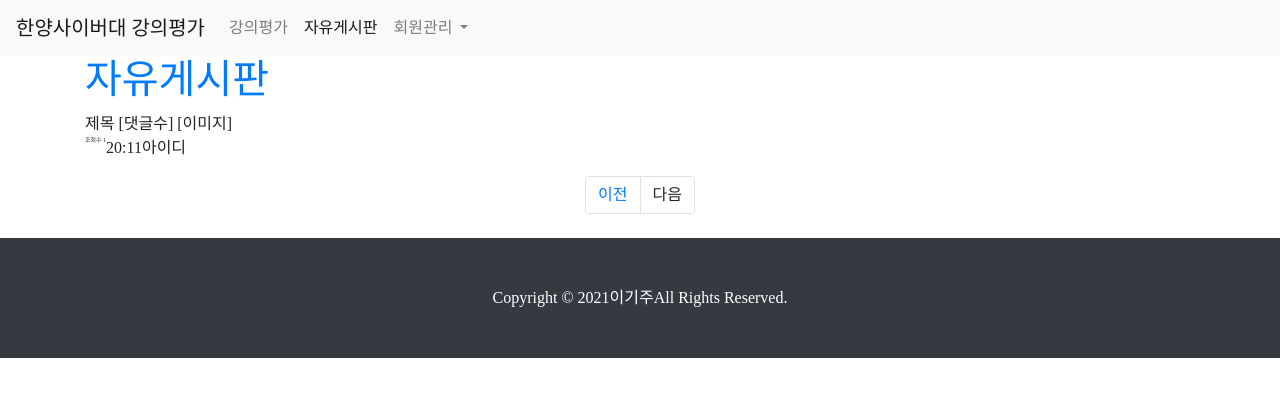
Repository: lkjjjang/hycu
Page: http://localhost/hycujjang/mobile.jsp
The author's editor kept a copy of each file at every save. The page is drawn from the files as they stood at one save, then again after the next save.
The browser window is 1280 px wide. The pictures show the whole page.
Some web fonts or font styles are not loaded; a fallback is used. The page is served by Tomcat 9. Nobody is signed in. The application's start-up code is not run. Other server files are loaded and not shown. The template is opened directly, without the code that normally fills it, so the values that code supplies are empty.

Above is the page before, as saved 2022-01-02 08:40:43.

### hycujjang/WebContent/mobile.jsp
<%@ page language="java" contentType="text/html; charset=UTF-8"
    pageEncoding="UTF-8"%>
<%@ page import="java.util.ArrayList" %>
<%@ page import="java.net.URLEncoder" %>
<%@ page import="java.io.PrintWriter" %>
<%@ taglib prefix="c" uri="http://java.sun.com/jsp/jstl/core"%>
<%@ taglib prefix="fmt" uri="http://java.sun.com/jsp/jstl/fmt"%>

<!DOCTYPE html>
<html>
<head>
	<meta charset="UTF-8">
	<meta name="viewport" content="width=device-width, initial-scale=1, shrink-to-fit=no">
	<title>한양사이버대 강의평가</title>
	<!-- 부트스트랩 CSS 추가하기 -->
	<link rel="stylesheet"
			href="https://stackpath.bootstrapcdn.com/bootstrap/4.4.1/css/bootstrap.min.css"
			integrity="sha384-Vkoo8x4CGsO3+Hhxv8T/Q5PaXtkKtu6ug5TOeNV6gBiFeWPGFN9MuhOf23Q9Ifjh"
			crossorigin="anonymous">
	<!-- 커스텀 CSS 추가하기 -->
	<link rel="stylesheet" href="./css/custom.css">
</head>
<body>
	<nav class="navbar navbar-expand-md navbar-light bg-light">
		<a class="navbar-brand" href="index.jsp">한양사이버대 강의평가</a>
		<button class="navbar-toggler" type="button" data-toggle="collapse" data-target="#navbar">
			<span class="navbar-toggler-icon"></span>
		</button>
		<div id="navbar" class="collapse navbar-collapse">
			<ul class="navbar-nav mr-auto">
				<li class="nav-item">
					<a class="nav-link" href="lectureBoardController?pageNumber=1">강의평가</a>
				</li>
				<li class="nav-item active">
					<a class="nav-link" href="freeBoardController?pageNumber=1">자유게시판</a>
				</li>
				<li class="nav-item dropdown">
					<a class="nav-link dropdown-toggle" id="dropdown" data-toggle="dropdown" href="index.jsp">
						회원관리
					</a>
					<div class="dropdown-menu" aria-labelledby="dropdown">
						<a class="dropdown-item" href="logout.jsp">로그아웃</a>
					</div>
				</li>
			</ul>
		</div>
	</nav>

	<div class="container">
		<h1>
    		<a class="ed link-primary text-bold title-underline" href="freeBoardController?pageNumber=1">자유게시판</a>
  		</h1>
  		<div class="container">
  			<div class="row">
	  			<div >
	  				제목 [댓글수] [이미지]
	  			</div>
  			</div>
  			<div class="row">
  				<div style="font-size: 6px;">
	  				조회수 1
	  			</div>
	  			<div>
	  				20:11
	  			</div>
	  			<div>
	  				아이디
	  			</div>
  			</div>
  		</div>
  		<!--
  		${userID == 'admin'} 세션에 있는 유저 아이디
  		넘어오는 목록${freeBBS}
  		<c:if test="${userID == 'admin'}">
			<input type="checkbox" name="delCheck_id" id="delCheck_id" value="${freeBBS.bbsID}">
		</c:if>
		${freeBBS.bbsID}
		<a href="freeBoardDetailController?id=${freeBBS.bbsID}">${freeBBS.bbsTitle}</a>

  		${freeBBS.nickName}
  		${freeBBS.bbsHit}
  		${freeBBS.bbsDate}

  		-->







		<!-- 페이지번호 출력 -->
		<!-- 파라미터로 들어오는 페이지 번호를 이용해 startNum값을 구함 -->
		<div>
			<c:set var="page" value="${(param.pageNumber == null) ? 1 : param.pageNumber}"></c:set>
			<c:set var="startNum" value="${page - (page - 1) % 5}"></c:set>
			<c:set var="lastNum" value="${listCount}"></c:set>

			<ul class="pagination justify-content-center mt-3">
				<c:if test="${param.pageNumber == 1}">
					<li class="page-item"><a class="page-link" onclick="alert('이전 페이지가 없습니다.');">이전</a></li>
				</c:if>
				<c:if test="${param.pageNumber != 1}">
					<li class="page-item"><a class="page-link" href="freeBoardController?pageNumber=${param.pageNumber - 1}">이전</a></li>
				</c:if>

				<c:forEach var="i" begin="0" end="4">
					<c:if test="${(startNum + i) <= lastNum}">
						<c:if test="${param.pageNumber == (startNum + i)}">
							<li class="page-item active"><a class="page-link" href="freeBoardController?pageNumber=${startNum + i}">${startNum + i}</a></li>
						</c:if>
						<c:if test="${param.pageNumber != (startNum + i)}">
							<li class="page-item"><a class="page-link" href="freeBoardController?pageNumber=${startNum + i}">${startNum + i}</a></li>
						</c:if>
					</c:if>
				</c:forEach>

				<c:if test="${param.pageNumber == lastNum}">
					<li class="page-item"><a class="page-link" onclick="alert('다음 페이지가 없습니다.');">다음</a></li>
				</c:if>
				<c:if test="${param.pageNumber != lastNum}">
					<li class="page-item"><a class="page-link" href="freeBoardController?pageNumber=${param.pageNumber + 1}">다음</a></li>
				</c:if>
			</ul>
		</div>
	</div>

	<footer class="bg-dark mt-4 p-5 text-center" style="color: #FFFFFF;">
		Copyright &copy; 2021이기주All Rights Reserved.
	</footer>
	<script src="https://code.jquery.com/jquery-3.6.0.js"
  			integrity="sha256-H+K7U5CnXl1h5ywQfKtSj8PCmoN9aaq30gDh27Xc0jk="
  			crossorigin="anonymous">
	</script>
	<script src="https://cdn.jsdelivr.net/npm/popper.js@1.16.0/dist/umd/popper.min.js"
			integrity="sha384-Q6E9RHvbIyZFJoft+2mJbHaEWldlvI9IOYy5n3zV9zzTtmI3UksdQRVvoxMfooAo"
			crossorigin="anonymous">
	</script>
	<script src="https://maxcdn.bootstrapcdn.com/bootstrap/4.0.0/js/bootstrap.min.js"
			integrity="sha384-JZR6Spejh4U02d8jOt6vLEHfe/JQGiRRSQQxSfFWpi1MquVdAyjUar5+76PVCmYl"
			crossorigin="anonymous">
	</script>
	<script type="text/javascript">
		function guestWrite() {
			alert('게스트 계정은 글작성이 불가능 합니다.');
		}
	</script>
	<script type="text/javascript">
		function deleteAll() {
			var checkList = document.getElementsByName('delCheck_id');
			var checkedList = new Array();
			var count = 0;
			for (var i = 0; i < checkList.length; i++) {
				if (checkList[i].checked == true) {
					count++;
					checkedList[i] = checkList[i].value;
				}
			}

			if (count == 0) {
				alert('선택사항이 없습니다.');
				return;
			}

			var data = new Array();
			for (var i = 0; i < checkedList.length; i++) {
				if (checkedList[i] != null) {
					var dataTemp = new Object();
					dataTemp.id = checkedList[i];
					data.push(dataTemp);
				}
			}

			$.ajax({
				type: "post",
				url: "freeBoardDeleteController",
				data: JSON.stringify(data),
				contentType: "application/json; charset=utf-8",
				dataType: "json",

				success: function(json) {
					if (json[0].resultCode == 'ok') {
						alert('삭제 되었습니다.');
					} else {
						alert('데이터베이스 오류 입니다.');
					}
					location.reload();
				},
				error: function(json) {
					alert('시스템 오류 입니다.')
				}
			});
		}
	</script>
	<script type="text/javascript">
		function select(tagID) {
			var id = tagID.id;
			var checkList = document.getElementsByName('delCheck_id');
			for (var i = 0; i < checkList.length; i++) {
				if (id == 'selectAll') {
					checkList[i].checked = true;
				} else {
					checkList[i].checked = false;
				}
			}

			if (id == 'selectAll') {
				changeId('cancel', '선택해제');
			} else {
				changeId('selectAll', '전체선택');
			}
		}

		function changeId(id, text)  {
			  const btnElement = document.getElementById('checkList');
			  btnElement.innerHTML = '<button class="btn btn-primary" id="' + id + '" onclick="select(this)">'+ text +'</button>' +
			  							'<button class="btn btn-danger" id="deleteAll" onclick="deleteAll()">선택삭제</button>';
		}
	</script>
</body>
</html>

### hycujjang/WebContent/css/custom.css
@import url(https://fonts.googleapis.com/earlyaccess/jejugothic.css);
@import url(https://fonts.googleapis.com/css2?family=Nanum+Gothic&display=swap);
.navbar-brand, h1, h2, h3, h4 {
	font-family: 'Jeju Gothic';
}
h5 {
	font-family: 'Jeju Gothic';
	font-size: 18px;
}
body {
	font-family: 'Nanum Gothic';
}

After the next save:
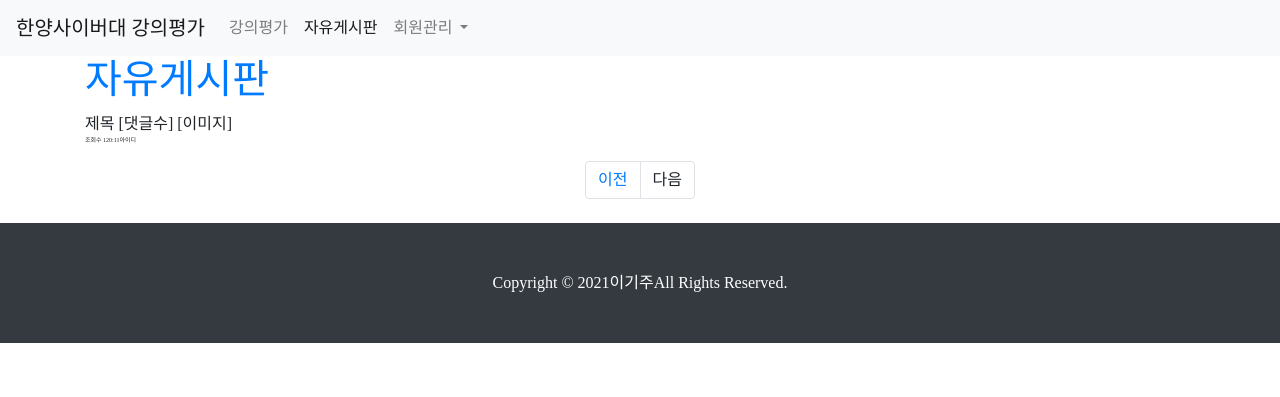
Saved 2 min 6 s later.
--- a/hycujjang/WebContent/mobile.jsp
+++ b/hycujjang/WebContent/mobile.jsp
@@ -57,13 +57,13 @@
 	  			</div>
   			</div>
   			<div class="row">
-  				<div style="font-size: 6px;">
+  				<div class="primary" style="font-size: 6px;">
 	  				조회수 1
 	  			</div>
-	  			<div>
+	  			<div style="font-size: 6px;">
 	  				20:11
 	  			</div>
-	  			<div>
+	  			<div style="font-size: 6px;">
 	  				아이디
 	  			</div>
   			</div>
